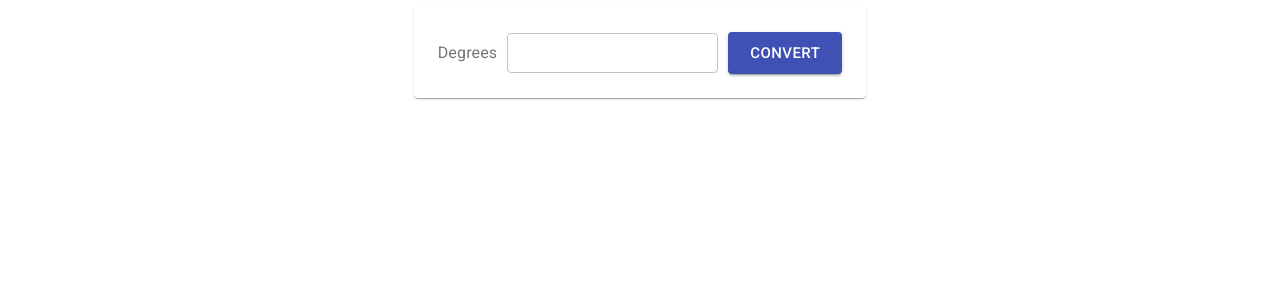
Repository: zum281/temperature-converter
Page: /
An editor plug-in stored every save of this project. The page is shown before and after the next save, followed by the edit.
The browser window is 1280 px wide. The pictures show the whole page.
The project was rebuilt for these pictures with package versions that can differ from the ones it lists, and the page was loaded fresh each time. Also part of the build but not shown: src/index.css.

Above is the page before, as saved 2021-07-09 13:38:06.

### public/index.html
<!DOCTYPE html>
<html lang="en">

  <head>
    <meta charset="utf-8" />
    <link rel="icon" href="%PUBLIC_URL%/favicon.ico" />
    <meta name="viewport" content="width=device-width, initial-scale=1" />
    <meta name="theme-color" content="#000000" />
    <meta name="description" content="Web site created using create-react-app" />
    <link rel="apple-touch-icon" href="%PUBLIC_URL%/logo192.png" />
    <!--
      manifest.json provides metadata used when your web app is installed on a
      user's mobile device or desktop. See https://developers.google.com/web/fundamentals/web-app-manifest/
    -->
    <link rel="manifest" href="%PUBLIC_URL%/manifest.json" />
    <!--
      Notice the use of %PUBLIC_URL% in the tags above.
      It will be replaced with the URL of the `public` folder during the build.
      Only files inside the `public` folder can be referenced from the HTML.

      Unlike "/favicon.ico" or "favicon.ico", "%PUBLIC_URL%/favicon.ico" will
      work correctly both with client-side routing and a non-root public URL.
      Learn how to configure a non-root public URL by running `npm run build`.
    -->
    <link rel="stylesheet" href="https://fonts.googleapis.com/css?family=Roboto:300,400,500,700&display=swap" />
    <title>Temperature Converter</title>
  </head>

  <body>
    <noscript>You need to enable JavaScript to run this app.</noscript>
    <div id="root"></div>
    <!--
      This HTML file is a template.
      If you open it directly in the browser, you will see an empty page.

      You can add webfonts, meta tags, or analytics to this file.
      The build step will place the bundled scripts into the <body> tag.

      To begin the development, run `npm start` or `yarn start`.
      To create a production bundle, use `npm run build` or `yarn build`.
    -->
  </body>

</html>

### src/App.js
import { makeStyles } from "@material-ui/core/styles";
import {
    Paper,
    Button,
    TextField,
    InputLabel,
    FormControl,
} from "@material-ui/core";

const useStyles = makeStyles((theme) => {
    return {
        root: {
            display: "flex",
            alignItems: "center",
            justifyContent: "center",
        },
        paper: {
            padding: theme.spacing(3),
            maxWidth: "600px",
        },
        form: {
            display: "flex",
            alignItems: "center",
            justifyContent: "center",
            gap: "10px",
        },
    };
});

function App() {
    const classes = useStyles();
    return (
        <div className={classes.root}>
            <Paper className={classes.paper}>
                <form noValidate autoComplete="off" className={classes.form}>
                    <InputLabel htmlFor="degrees">Degrees</InputLabel>
                    <TextField
                        type="number"
                        id="degrees"
                        size="small"
                        variant="outlined"
                    />

                    <Button variant="contained" color="primary" size="large">
                        convert
                    </Button>
                </form>
            </Paper>
        </div>
    );
}

export default App;

Loaded but not shown: src/index.js (common file); src/index.css (no copy from this time; the picture is the same without it)

After the next save:
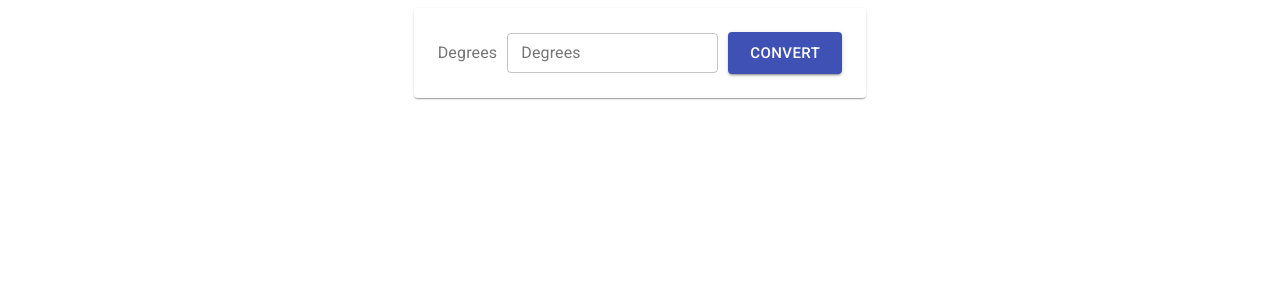
Saved 15 s later.
--- a/src/App.js
+++ b/src/App.js
@@ -39,6 +39,7 @@ function App() {
                         id="degrees"
                         size="small"
                         variant="outlined"
+                        label="Degrees"
                     />
 
                     <Button variant="contained" color="primary" size="large">
